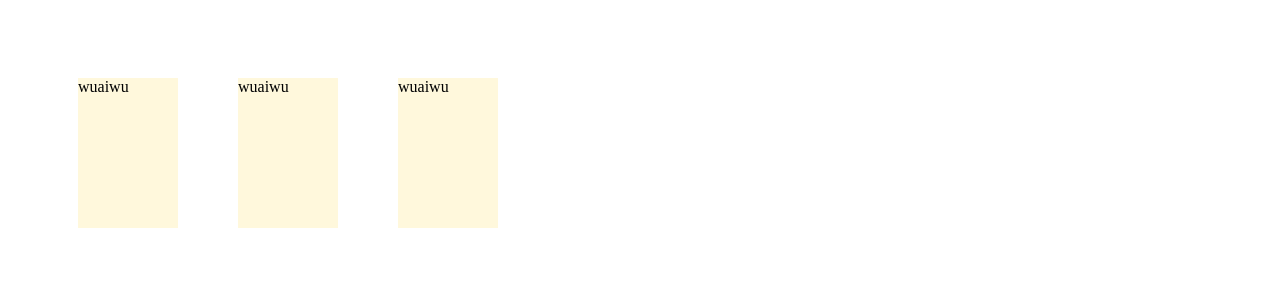
Repository: monijijian/VScodeProject
Page: 02.CSS/过渡和动画.html/过渡.html
The author's editor kept a copy of each file at every save. The page is drawn from the files as they stood at one save, then again after the next save.
The browser window is 1280 px wide. The pictures show the whole page.

Above is the page before, as saved 2020-10-14 17:20:50.

### 02.CSS/过渡和动画.html/过渡.html
<!DOCTYPE html>
<html lang="en">
<head>
    <meta charset="UTF-8">
    <meta name="viewport" content="width=device-width, initial-scale=1.0">
    <title>过渡效果</title>

    <style>
        .body{
            margin: 0;
            padding: 0;
            background-color: #eeeeee;
        }
        .content{
            padding: 40px;
            margin: 80px,auto;
        }
        .item{
            background-color: cornsilk;
            width: 100px;
            height: 150px;
            position: relative;

            float: left;
            margin: 30px;

            overflow: hidden;
            transition: all .5s linear;
        }
        .item:hover{
            margin-top: 15px;
            box-shadow:0 0 15px darkgray;
        }

        .spn1{
            position: absolute;
            text-align: center;
            text
            width: 100%;
        }
        .spn2{
            text-align: center;
            background-color: lightblue;
            width: 100%;
            height: 80px;

            position: absolute;
            left: 0;
            bottom: -80px;

            transition: all .6s ease-in;
        }
        .item:hover .spn2{
            bottom: 0px;
        }
    </style>
</head>
<body>
    <div class="content">
        <div class="item">
            <span class="spn1">wuaiwu</span>
            <span class="spn2">huwahu</span>
        </div>
        <div class="item">
            <span class="spn1">wuaiwu</span>
            <span class="spn2">huwahu</span>
        </div>
        <div class="item">
            <span class="spn1">wuaiwu</span>
            <span class="spn2">huwahu</span>
        </div>
    </div>
</body>
</html>

After the next save:
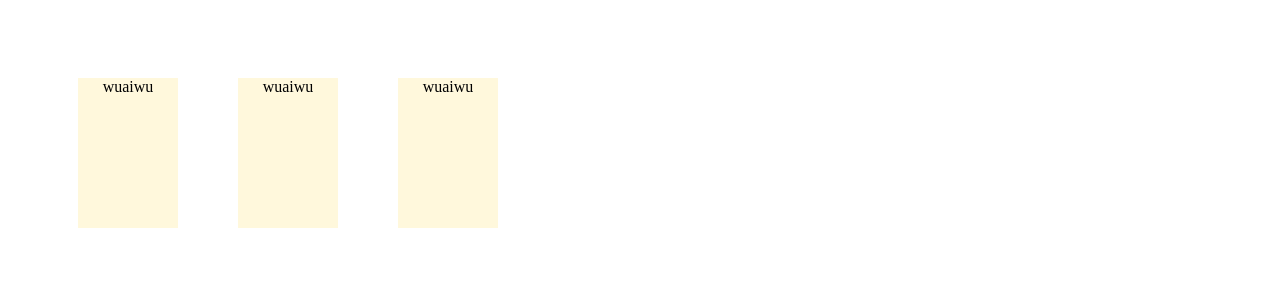
Saved 71 s later.
--- a/02.CSS/过渡和动画.html/过渡.html
+++ b/02.CSS/过渡和动画.html/过渡.html
@@ -35,7 +35,7 @@
         .spn1{
             position: absolute;
             text-align: center;
-            text
+            height: 100%;
             width: 100%;
         }
         .spn2{
